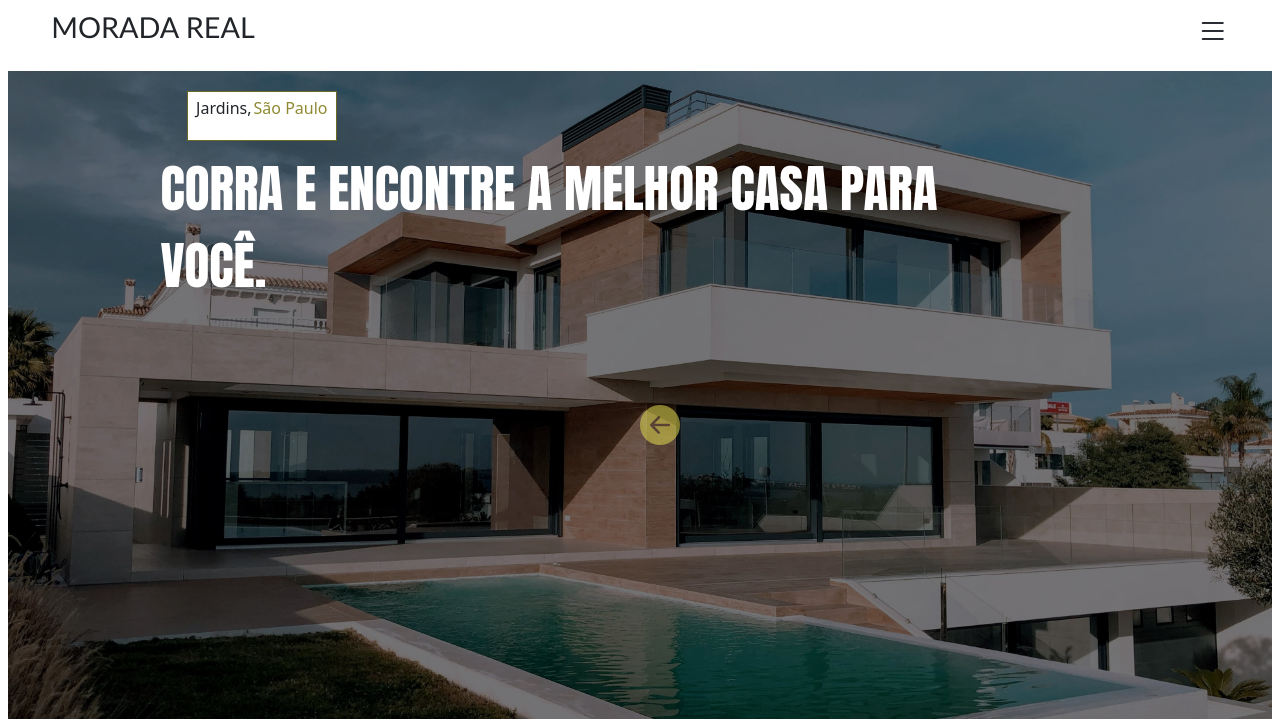
Repository: Mattyns/moradareal
Page: index.html
These files come from the project's save history. The page is drawn as it stood at one moment and after the next save; the edit follows.
The browser window is 1280 px wide. The pictures show the whole page.

Above is the page before, as saved 2025-07-11 18:38:25.

### index.html
<!DOCTYPE html>
<html lang="pt-br">
    <head>
        <meta charset="UTF-8" />
        <meta name="viewport" content="width=device-width, initial-scale=1.0" />
        <title>Morada Real</title>
        <link
            rel="stylesheet"
            href="https://cdnjs.cloudflare.com/ajax/libs/animate.css/4.1.1/animate.min.css"
        />
        <link
            href="https://cdn.jsdelivr.net/npm/bootstrap@5/dist/css/bootstrap.min.css"
            rel="stylesheet"
            integrity="sha384-QWTKZyjpPEjISv5WaRU9OFeRpok6YctnYmDr5pNlyT2bRjXh0JMhjY6hW+ALEwIH"
            crossorigin="anonymous"
        />
        <link
            rel="stylesheet"
            href="https://cdn.jsdelivr.net/npm/bootstrap-icons@1.11.3/font/bootstrap-icons.min.css"
        />
        <link rel="stylesheet" href="style/style.css" />
    </head>
    <body>
        <header class="header__container">

            <h1 class="logo__text">MORADA REAL</h1> <i class="bi-list menu__list"></i>
        </header>

        <main>
            <section class="contrast">

                <div class="contrast__container">
                    <div class="local local__sp">
                        <div class="local__text">
                            <p>Jardins,</p> <p class="local__text--contrast"> São Paulo</p>
                        </div>
                        <p class="text__message">CORRA E ENCONTRE A MELHOR CASA PARA VOCÊ.</p>
                    </div>
                    <div class="local local__rs">
                        <div class="local__text">
                            <p>Bela Vista,</p> <p class="local__text--contrast"> Rio Grande do Sul</p>
                        </div>
                        <p class="text__message">O LAR DOS SEUS SONHOS PODE ESTAR A UM CLIQUE DE DISTÂNCIA.</p>
                    </div>
                    <div class="local local__rj">
                        <div class="local__text">
                            <p>Leblon,</p> <p class="local__text--contrast"> Rio de Janeiro</p>
                        </div>
                        <p class="text__message">NÃO PERCA TEMPO! SUA NOVA HISTÓRIA COMEÇA AQUI.</p>
                    </div>

                </div>

                <i class="img__button bi-arrow-left-circle-fill" id="img__button--left"></i>
                <i class="img__button bi-arrow-right-circle-fill" id="img__button--right"></i>

            </section>


        </main>

        <script src="script/carousel.js"></script>
    </body>
</html>

### style/style.css
@charset "UTF-8";

:root {
    --preto:black;
    --branco:white;
    --cor1:#D3CC4C;
    --cor2:#B1AB40;
    --cor3:#DCD650;
    --cor4:#8F8A33;
    --cor5:#6D6927;
    --cor6:#4B481B;
    --cor7:#f0eca5;
    --cor8:white;

}

* {
    margin: 0px;
    padding: 0px;
    box-sizing: border-box;
}

.header__container {
    display: flex;
    height: 20%;
    width: 100%;
    background-color: var(--branco);
    align-items: center;
    padding-top: 10px;
    padding-bottom: 10px;
}

.logo__text {
    margin-left: 4%;
    font-size: 180%;
    font-family: 'Trebuchet MS', 'Lucida Sans Unicode', 'Lucida Grande', 'Lucida Sans', Arial, sans-serif;
}

.menu__list {
    font-size: 2em;
    position: absolute;
    right: 4%;
}

.contrast {
    height: 90vh;
    margin: 8px;

    overflow: hidden;
    max-width: 100%;
    position: relative;


}

.contrast__container {

    display: flex;
  transition: transform 0.3s ease;
  will-change: transform;
  touch-action: pan-y;
}

.local {
    height: 90vh;
    background-size: cover;
    background-position: right;
     flex: 0 0 100%;
    box-sizing: border-box;
    padding: 20px; /* opcional */
}

.local__sp {
    background-image: url(../img/webaliser.jpg);

}

.local__rs {
    background-image: url(../img/brian.jpg);

}

.local__rj {
    background-image: url(../img/zoe.jpg);

}

.local__text {
    display: flex;
    background-color: var(--branco);
    width: fit-content;
    padding: 4px 0px;
    padding-left: 8px;
    padding-right: 8px;
    top: 20%;
    margin-left:13%;
    border: 1px solid var(--cor5);

}

.local__text--contrast {
    color: var(--cor4);
    margin-left: 2px;
}

.text__message {
    top: 26%;
    width: 68%;
    margin-left: 10%;
    font-size:320%;
    font-family:Impact, Haettenschweiler, 'Arial Narrow Bold', sans-serif;
    color:var(--cor8) ;
    padding: 10px;
    border-radius: 10px;
}

.img__button {
    font-size: 2.5em;
    position:absolute;
    color: #dcd55090;

}

#img__button--left {
    left: 50%;
    top: 50%;
}

### script/carousel.js
const container = document.querySelector('.contrast__container');
const slides = document.querySelectorAll('.local');

let isDragging = false;
let startPos = 0;
let currentTranslate = 0;
let prevTranslate = 0;
let animationID;
let currentIndex = 0;

slides.forEach((slide, index) => {
  slide.addEventListener('touchstart', touchStart(index));
  slide.addEventListener('touchend', touchEnd);
  slide.addEventListener('touchmove', touchMove);

  slide.addEventListener('mousedown', touchStart(index));
  slide.addEventListener('mouseup', touchEnd);
  slide.addEventListener('mouseleave', touchEnd);
  slide.addEventListener('mousemove', touchMove);
});

function touchStart(index) {
  return function (event) {
    currentIndex = index;
    startPos = getPositionX(event);
    isDragging = true;

    animationID = requestAnimationFrame(animation);
  };
}

function touchMove(event) {
  if (!isDragging) return;
  const currentPosition = getPositionX(event);
  currentTranslate = prevTranslate + currentPosition - startPos;
}

function touchEnd() {
  cancelAnimationFrame(animationID);
  isDragging = false;

  const movedBy = currentTranslate - prevTranslate;

  if (movedBy < -100 && currentIndex < slides.length - 1) currentIndex++;
  if (movedBy > 100 && currentIndex > 0) currentIndex--;

  setPositionByIndex();
}

function getPositionX(event) {
  return event.type.includes('mouse') ? event.pageX : event.touches[0].clientX;
}

function animation() {
  setSliderPosition();
  if (isDragging) requestAnimationFrame(animation);
}

function setSliderPosition() {
  container.style.transform = `translateX(${currentTranslate}px)`;
}

function setPositionByIndex() {
  currentTranslate = currentIndex * -container.offsetWidth;
  prevTranslate = currentTranslate;
  setSliderPosition();
}

After the next save:
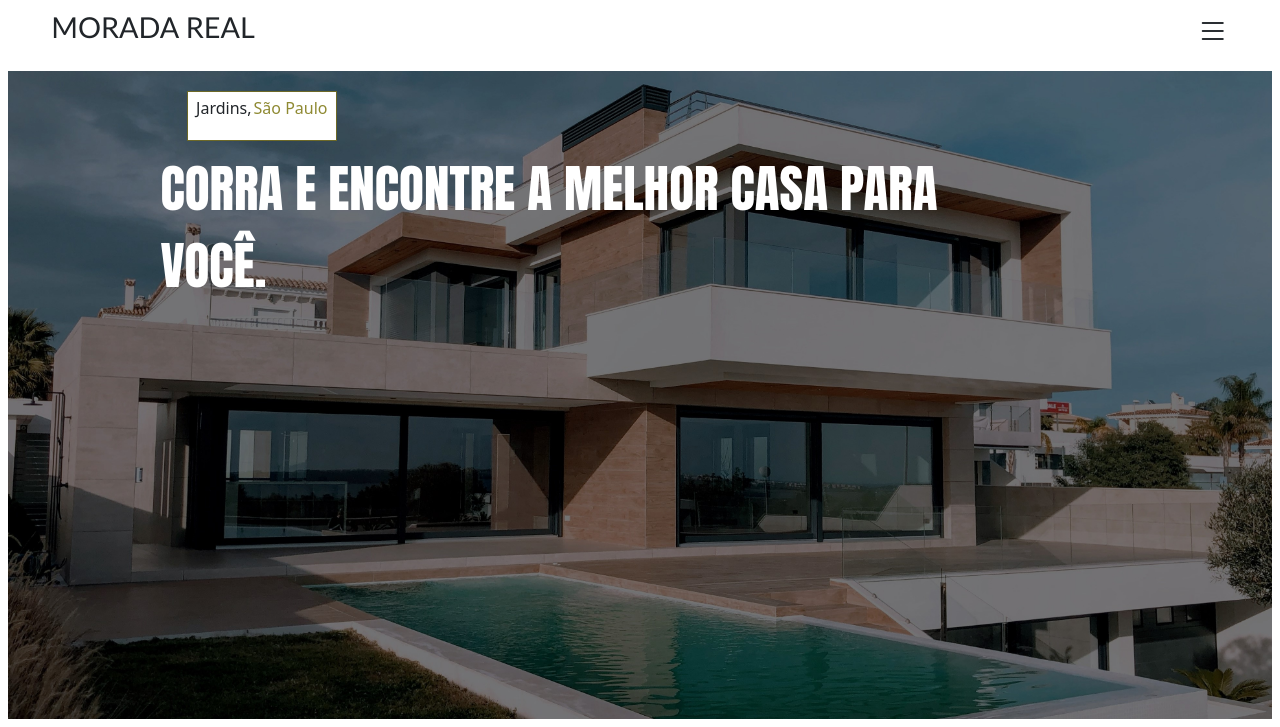
Saved 13 s later.
--- a/style/style.css
+++ b/style/style.css
@@ -121,6 +121,8 @@
 
 }
 
+img
+
 #img__button--left {
     left: 50%;
     top: 50%;

After the save that followed:
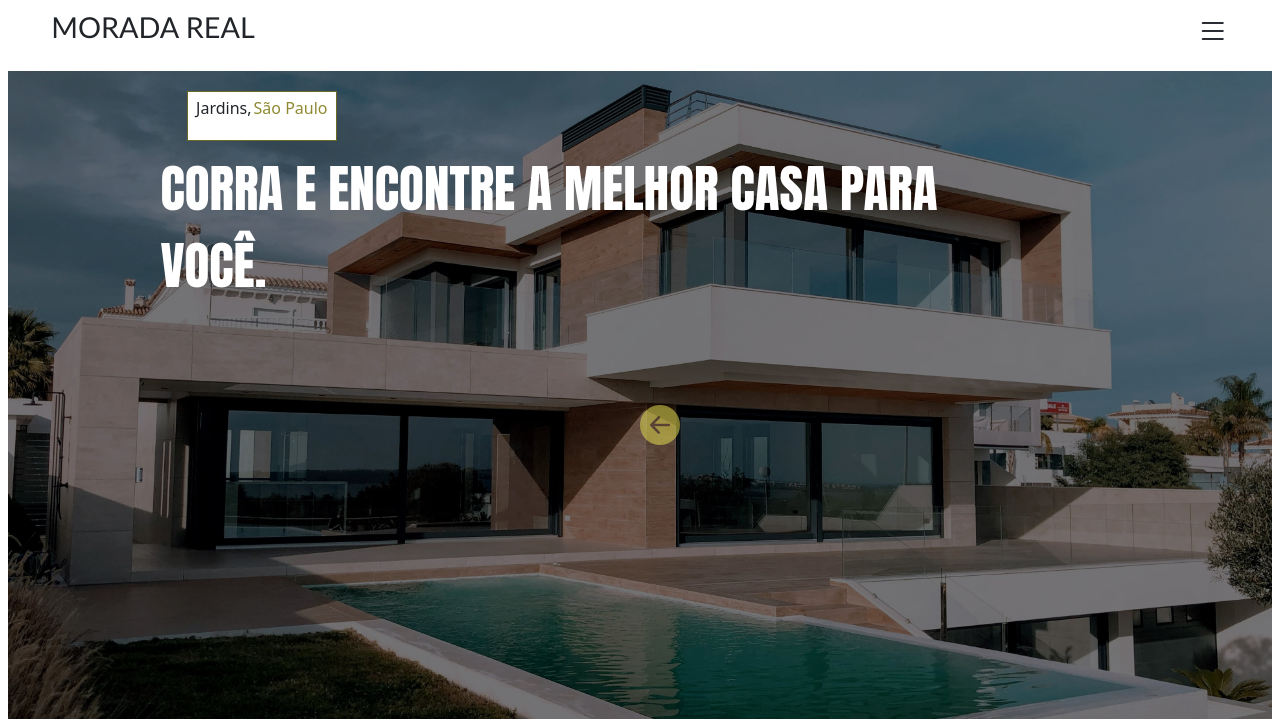
Saved 5 s later.
--- a/style/style.css
+++ b/style/style.css
@@ -121,7 +121,9 @@
 
 }
 
-img
+.img__button:hover {
+
+}
 
 #img__button--left {
     left: 50%;
